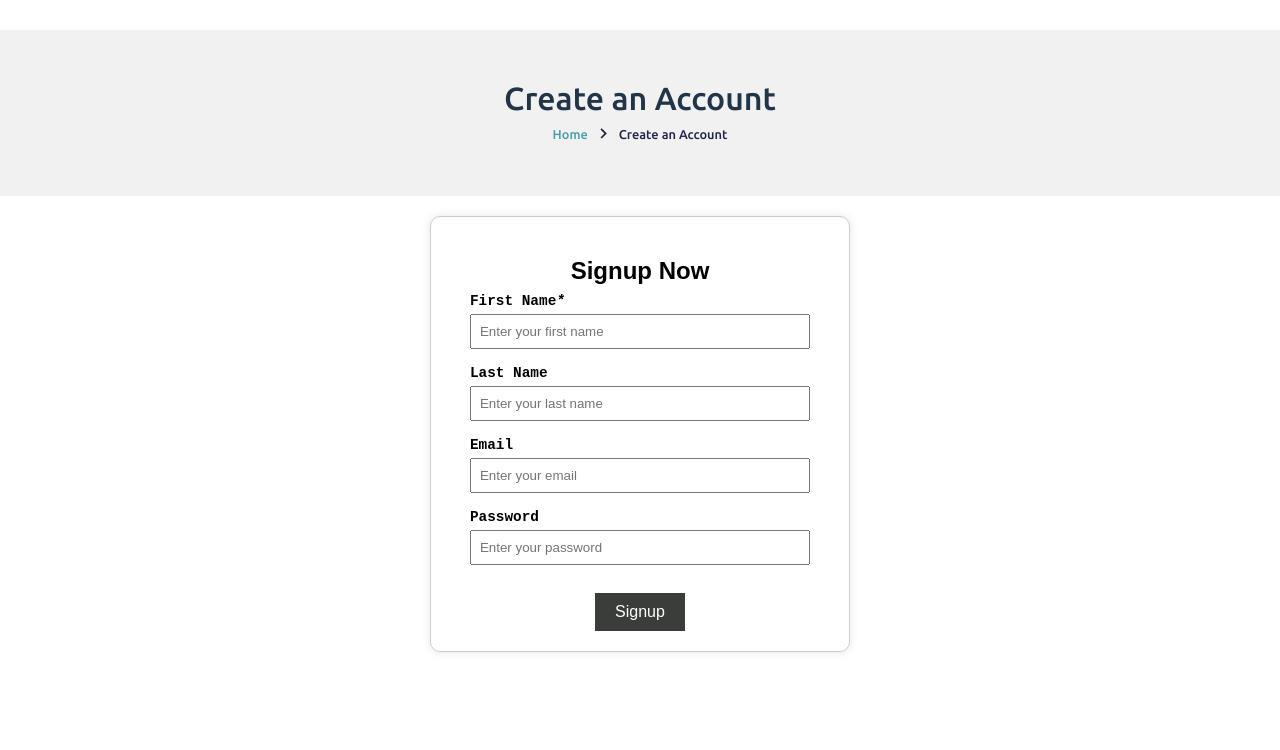
Repository: jkvekariya/Online-store-Management
Page: /auth/signup (app in frontend/client/)
These files come from the project's save history. The page is drawn as it stood at one moment and after the next save; the edit follows.
The browser window is 1280 px wide. The pictures show the whole page.
Some web fonts or font styles are not loaded; a fallback is used. The project was rebuilt for these pictures with package versions that can differ from the ones it lists, and the page was loaded fresh each time. Also part of the build but not shown: frontend/client/vite.config.js, frontend/client/src/css/header.css, frontend/client/src/css/sidebar.css, frontend/client/src/components/Sidebar.jsx, frontend/client/src/context/CartContext.jsx, frontend/client/src/components/Header.jsx, frontend/client/src/css/footer.css, frontend/client/src/components/Footer.jsx and 11 more.

Above is the page before, as saved 2026-01-02 14:19:03.

### frontend/client/index.html
<!doctype html>
<html lang="en">
  <head>
    <meta charset="UTF-8" />
    <link rel="icon" type="image/svg+xml" href="/vite.svg" />
    <meta name="viewport" content="width=device-width, initial-scale=1.0" />
    <title>Online Store Management System</title>
  </head>
  <body>
    <div id="root"></div>
    <script type="module" src="/src/main.jsx"></script>
  </body>
</html>

### frontend/client/src/main.jsx
import React from 'react'
import ReactDOM from 'react-dom/client'
import { BrowserRouter } from 'react-router-dom'
import App from './App.jsx'
import './index.css'

ReactDOM.createRoot(document.getElementById('root')).render(
  <React.StrictMode>
    <BrowserRouter>
      <App />
    </BrowserRouter>
  </React.StrictMode>,
)

### frontend/client/src/App.jsx
import { Routes, Route } from "react-router-dom";

import AuthLayout from "./layout/AuthLayout";
import UserLayout from "./layout/UserLayout";
import AdminLayout from "./layout/AdminLayout";

import Login from "./pages/auth/Login";
import Signup from "./pages/auth/Signup";
import Home from "./pages/user/Home";
import Dashboard from "./pages/admin/Dashboard";
import Contact from "./pages/user/Contact";
import About from "./pages/user/About";
import Services from "./pages/user/Services";
import Shop from "./pages/user/Shop";

function App() {
  return (
    <Routes>

      {/* AUTH ROUTES */}
      <Route path="/auth" element={<AuthLayout />}>
        <Route path="login" element={<Login />} />
        <Route path="signup" element={<Signup />} />
      </Route>

      {/* USER ROUTES */}
      <Route path="/" element={<UserLayout />}>
        <Route index element={<Home />} />
        <Route path="pages/user/contact" element={<Contact />} />
        <Route path="pages/user/about" element={<About />} />
        <Route path="pages/user/services" element={<Services />} />
        <Route path="pages/user/shop" element={<Shop />} />
      </Route>

      {/* ADMIN ROUTES */}
      <Route path="/admin" element={<AdminLayout />}>
        <Route path="dashboard" element={<Dashboard />} />
      </Route>

    </Routes>
  );
}

export default App;

### frontend/client/src/index.css
* {
  margin: 0;
  padding: 0;
  box-sizing: border-box;
}

#root {
  min-height: 100vh;
}

### frontend/client/src/layout/AuthLayout.jsx
import { Outlet } from "react-router-dom";

const AuthLayout = () => {
  return (
    <div>
      {/* <h2>Auth Section</h2> */}
      <Outlet />
    </div>
  );
};

export default AuthLayout;

### frontend/client/src/pages/auth/Signup.jsx
import React, { useState } from 'react'
import "../../css/signup.css"
import Bodyheader from '../../components/BodyHeader';

const Signup = () => {

    const [email,setEMail] = useState("");
    const [password,setPassword] = useState("");
    const [firstname,setFirstName] = useState("");
    const [lastname,setLastName] = useState("");

  return (
    <>
    <Bodyheader title="Create an Account" />
    <div className='main-container'>
      <h2>Signup Now</h2>
      <div className='first-name-box'>
            <label htmlFor="text">First Name<em>*</em></label>
            <input type="text"
            id="first-name"
            value={firstname}
            onChange={(e) => setFirstName(e.target.value)}
            placeholder='Enter your first name'
            />
        </div>
        <div className='last-name-box'>
            <label htmlFor="text">Last Name</label>
            <input type="text"
            id="last-name"
            value={lastname}
            onChange={(e) => setLastName(e.target.value)}
            placeholder='Enter your last name'
            />
        </div>
        <div className='email-box'>
            <label htmlFor="email">Email</label>
            <input type="email"
            id="email"
            value={email}
            onChange={(e) => setEMail(e.target.value)}
            placeholder='Enter your email'
            />
        </div>
        <div className='password-box'>
            <label htmlFor="password">Password</label>
            <input type="password"
            id="password"
            value={password}
            onChange={(e) => setPassword(e.target.value)}
            placeholder='Enter your password'
            />
        </div>
      <div className='btn'>
            <button onClick={() => {}}>Signup</button>
      </div>
    </div>
    </>
  )
}

export default Signup

### frontend/client/src/css/login.css
.main-container{
    width: 400px;
    margin: auto;
    border: 1px solid #ccc;
    padding: 20px;
    border-radius: 10px;
    box-shadow: 0 0 10px rgba(0, 0, 0, 0.1);
    margin-top: 50px;
    font-family: Arial, sans-serif;
    display: flex;
    justify-content: center;
    align-items: center;
    flex-direction: column;
}

label{
    font-size: 0.9rem;
    display: block;
    font-family: 'Courier New', Courier, monospace;
    font-weight: 700;
    /* margin-bottom: 5px; */
}

.main-container .email-box,.password-box{
 margin: 0.5rem 0;
}

input{
    padding: 8px;
    width: 100%;
    margin-top: 5px;
}

.main-container h2{
    text-align: center;
    margin-top: 20px;
}

.btn{
    width: 100%;
    text-align: center;
}

button{
    margin-top: 20px;
    padding: 10px 20px;
    font-size: 16px;
    cursor: pointer;
    background-color: #3a3d3a;
    color: white;
    border: none;
}

### frontend/client/src/css/signup.css
.main-container{
    width: 100%;
    max-width: 420px;
    margin: 20px auto;
    border: 1px solid #ccc;
    padding: 20px;
    border-radius: 10px;
    box-shadow: 0 0 10px rgba(0, 0, 0, 0.1);
    font-family: Arial, sans-serif;
    display: flex;
    justify-content: center;
    align-items: center;
    flex-direction: column;
}

label{
    font-size: 0.9rem;
    display: block;
    font-family: 'Courier New', Courier, monospace;
    font-weight: 700;
    /* margin-bottom: 5px; */
}

.main-container .email-box,.password-box,.first-name-box,.last-name-box{
 margin: 0.5rem 0;
 width: 90%;
}

input{
    /* padding: 8px; */
    width: 100%;
    margin-top: 5px;
    box-sizing: border-box;
}

.main-container h2{
    text-align: center;
    margin-top: 20px;
}

.btn{
    width: 100%;
    text-align: center;
}

button{
    margin-top: 20px;
    padding: 10px 20px;
    font-size: 16px;
    cursor: pointer;
    background-color: #3a3d3a;
    color: white;
    border: none;
}

### frontend/client/src/components/BodyHeader.jsx
import "../css/bodyheader.css"
import {Link} from 'react-router-dom'
import { MdKeyboardArrowRight } from "react-icons/md";

const Bodyheader = ({title}) => {
  return (
    <>
        <div className="b-header-bg">
            <div className="page-title">
                <h2>{title}</h2>
                <div className="ul-links">
                <ul>
                    <li id="home-link">
                        <Link to='/'>Home</Link>
                    </li>
                       <li><MdKeyboardArrowRight/></li>
                    <li>
                        <Link to=''>{title}</Link>
                    </li>
                </ul>
                </div>
            </div>
        </div>
    </>
  )
}

export default Bodyheader;

### frontend/client/src/css/bodyheader.css
@import url('https://fonts.googleapis.com/css2?family=BBH+Bartle&family=Nunito:ital,wght@0,200..1000;1,200..1000&family=Ubuntu:ital,wght@0,300;0,400;0,500;0,700;1,300;1,400;1,500;1,700&display=swap');

* {
    padding: 0;
    margin: 0;
    box-sizing: border-box;
  }

:root {
    --background-color: #e6e6e68e;
    --header-text-color: #213448;
    --home-link-color: #4B9DA9;
    --title-color: #212447;
    --title-hover-color: #547792;
}

  .b-header-bg {
    margin-top: 30px;
    height: 23vh;
    width: 100vw;
    /* background-color: aqua; */
    background: var(--background-color);
    /* background-blend-mode: darken; */
    /* background-size: cover; */
    /* background-repeat: no-repeat; */
    /* background-position: center; */
    /* background-position-y: 56%; */
    display: flex;
    justify-content: center;
    align-items: center;
  }

  .b-header-bg .page-title {
    height: 10rem;
    width: 20rem;
    display: grid;
    place-items: center;
    align-content: center;
  }

  .b-header-bg .page-title h2 {
    font-size: 2rem;
    margin-bottom: 5px;
    color: var(--header-text-color);
    font-family: "Ubuntu", sans-serif;
    font-weight: 500;
    font-style: normal;
    position: relative;
    z-index: 100;
  }

   .b-header-bg .page-title .ul-links ul{
    /* height: 4rem; */
    width: 10rem;
    display: flex;
    justify-content: center;
    align-items: center;
    gap:0;
  }

  .b-header-bg .page-title .ul-links ul #home-link a {
    color: var(--home-link-color);
  }


  .b-header-bg .page-title .ul-links ul li{
    /* height: 2rem; */
    display: flex;
    justify-content: center;
    align-items: center;
  }

  .b-header-bg .page-title .ul-links ul li svg{
      font-size: 1.3rem;
      color: var(--title-color);
  }

  .b-header-bg .page-title .ul-links ul li a{
    width: max-content;
    text-decoration: none;
    padding: 5px;
    color: var(--title-color);
    font-family: "Ubuntu", sans-serif;
    font-weight: 450;
    font-style: normal;
    font-size: 0.8rem;
    font-style: normal;
  }

  .b-header-bg .page-title .ul-links ul li a:hover{
      color: var(--title-hover-color);
  }

Loaded but not shown: frontend/client/src/css/header.css (no copy from this time; the picture is the same without it)

After the next save:
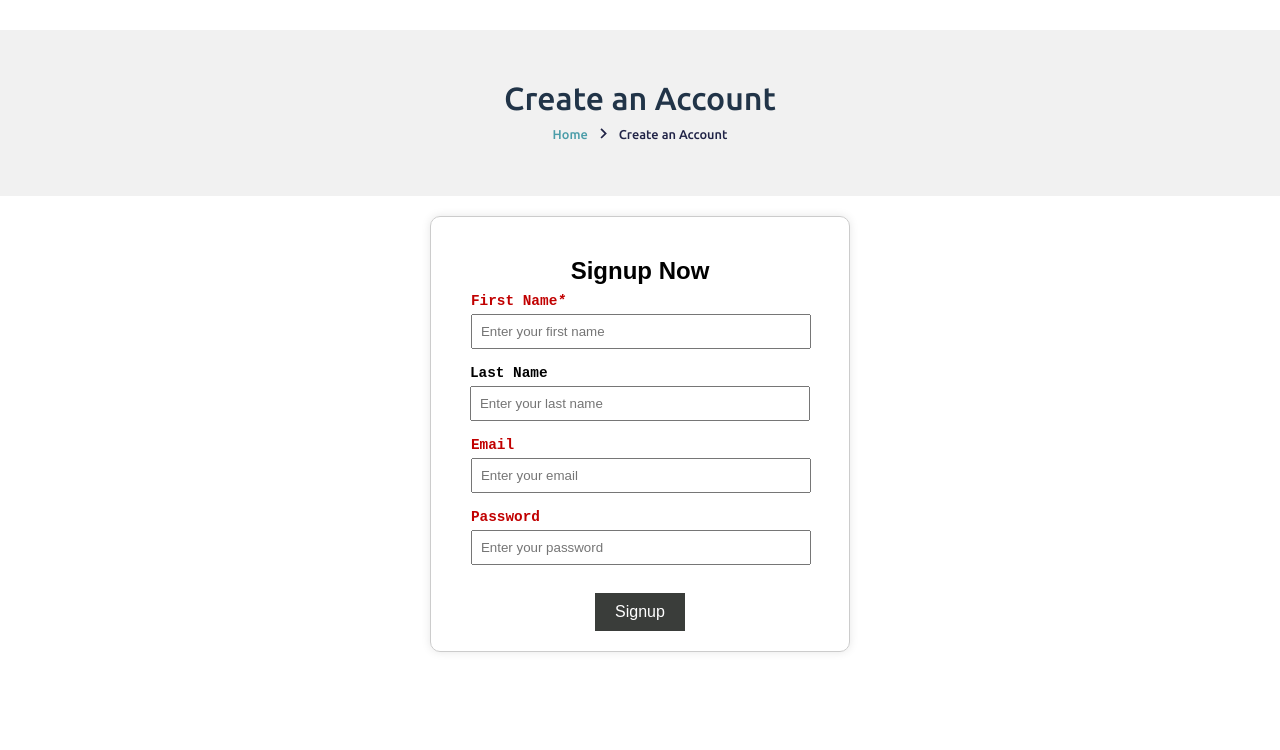
Saved 66 s later.
--- a/frontend/client/src/css/signup.css
+++ b/frontend/client/src/css/signup.css
@@ -26,6 +26,15 @@ label{
  width: 90%;
 }
 
+.main-container .email-box,.password-box,.first-name-box,.last-name-box em{
+    position: relative;
+    display: inline-block;
+    float: none;
+    right: 0;
+    margin-left: 2px;
+    color: #c10000;
+}
+
 input{
     /* padding: 8px; */
     width: 100%;
